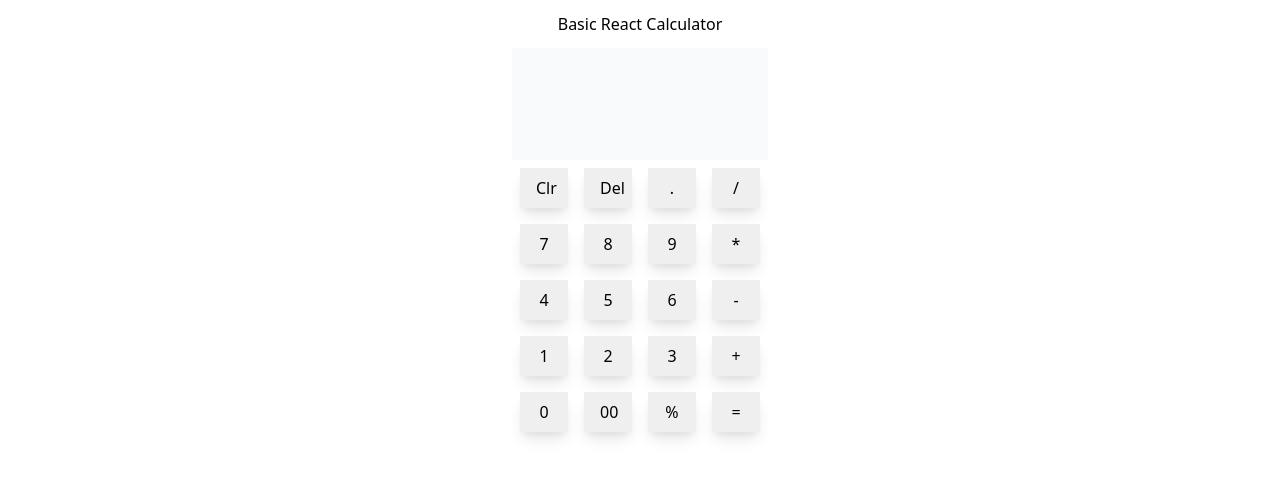
Repository: latenightsnacc/React-Calculator
Page: / (app in docs/react-calculator/)
The author's editor kept a copy of each file at every save. The page is drawn from the files as they stood at one save, then again after the next save.
The browser window is 1280 px wide. The pictures show the whole page.
The project was rebuilt for these pictures with package versions that can differ from the ones it lists, and the page was loaded fresh each time. Also part of the build but not shown: docs/react-calculator/craco.config.js.

Above is the page before, as saved 2021-11-11 15:50:15.

### docs/react-calculator/src/components/Calculator.js
import React, { Component } from 'react'
import CalculatorTitle from './CalculatorTitle'
import CalculatorScreen from './CalculatorScreen'
import Button from './Button'

class Calculator extends Component {
    render() {
        return (
            <div className="w-full flex flex-col justify-center items-center">
                <CalculatorTitle value="Basic React Calculator" />
                <div className="calculator-body">
                    <CalculatorScreen />
                    <div className="button-row">
                        <Button label={'Clr'} />
                        <Button label={'Del'} />
                        <Button label={'.'}/>
                        <Button label={'/'}/>
                    </div>
                    <div className="button-row">
                        <Button label={'7'}/>
                        <Button label={'8'}/>
                        <Button label={'9'}/>
                        <Button label={'*'}/>
                    </div>
                    <div className="button-row">
                        <Button label={'4'}/>
                        <Button label={'5'}/>
                        <Button label={'6'}/>
                        <Button label={'-'}/>
                    </div>
                    <div className="button-row">
                        <Button label={'1'}/>
                        <Button label={'2'}/>
                        <Button label={'3'}/>
                        <Button label={'+'}/>
                    </div>
                    <div className="button-row">
                        <Button label={'0'}/>
                        <Button label={'00'}/>
                        <Button label={'%'}/>
                        <Button label={'='}/>
                    </div>

                </div>
            </div>
        )
    }
}

export default Calculator

### docs/react-calculator/src/components/CalculatorTitle.js
import React from 'react'

function CalculatorTitle(props) {
    return (
        <div className='my-3'>
            {props.value}
        </div>
    )
}

export default CalculatorTitle

### docs/react-calculator/src/components/CalculatorScreen.js
import React from 'react'
import CalculatorOutputRow from './CalculatorOutputRow'

const CalculatorScreen = () => {
    return (
        <div className="bg-gray-50 flex flex-col items-center justify-center w-full h-28">
            <CalculatorOutputRow/>
            <CalculatorOutputRow/>
        </div>
    )
}

export default CalculatorScreen;

### docs/react-calculator/src/components/Button.js
import React from 'react'

const Button = (props) => {
    return(
        <input className="shadow-lg w-12 m-2 py-2 px-4"
            type="button"
            value={props.label}
        />
    )
}

export default Button;

### docs/react-calculator/src/components/CalculatorOutputRow.js
import React from 'react';

const CalculatorOutputRow = () => {
    return(
        <div className="">
            <input className="bg-transparent p-2 my-1 w-full" type="text" readOnly />
        </div>
    )
}

export default CalculatorOutputRow

Loaded but not shown: docs/react-calculator/public/index.html (common file); docs/react-calculator/src/index.js (common file); docs/react-calculator/src/index.css (common file); docs/react-calculator/src/App.js (common file); docs/react-calculator/src/reportWebVitals.js (common file); docs/react-calculator/tailwind.config.js (common file)

After the next save:
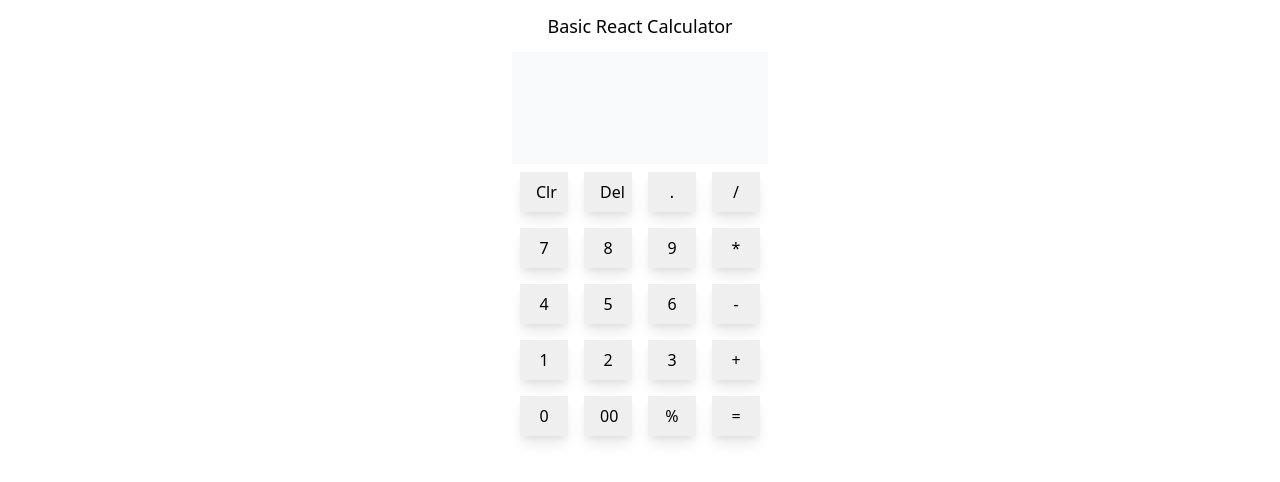
Saved 6 s later.
--- a/docs/react-calculator/src/components/CalculatorTitle.js
+++ b/docs/react-calculator/src/components/CalculatorTitle.js
@@ -2,7 +2,7 @@ import React from 'react'
 
 function CalculatorTitle(props) {
     return (
-        <div className='my-3'>
+        <div className='my-3 text-lg'>
             {props.value}
         </div>
     )
